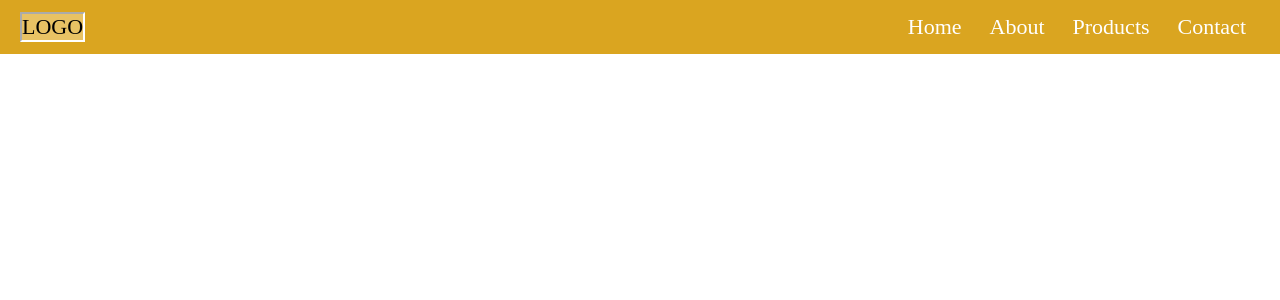
Repository: albayrakfatih/Flex-Navbar
Page: navbar-w-flexbox.html
These files come from the project's save history. The page is drawn as it stood at one moment and after the next save; the edit follows.
The browser window is 1280 px wide. The pictures show the whole page.

Above is the page before, as saved 2023-05-09 21:04:53.

### navbar-w-flexbox.html
<!DOCTYPE html>
<html lang="en">
<head>
    <meta charset="UTF-8">
    <meta http-equiv="X-UA-Compatible" content="IE=edge">
    <meta name="viewport" content="width=device-width, initial-scale=1.0">
    <link rel="stylesheet" href="styles.css">
    <link rel="stylesheet" href="https://cdnjs.cloudflare.com/ajax/libs/font-awesome/4.7.0/css/font-awesome.min.css">
    <title>Navbar With Flexbox</title>
</head>
<body>


    <nav id="navId" class="responsive">
        <a href="" class="logo">LOGO</a>
        <ul class="navigation">
            <li><a href="#">Home</a></li>
            <li><a href="#">About</a></li>
            <li><a href="#">Products</a></li>
            <li><a href="#">Contact</a></li>
            <li><a href="#" onclick="displayMenu()">
                <i class="fa fa-bars"></i>
            </a></li>

        </ul>
    </nav>


    <script>
        function displayMenu(){
            var link=document.getElementById("navId");
            link.classList.toggle("responsive");
        }
    </script>

</body>
</html>

### styles.css
*{
    padding: 0;
    margin: 0;
}

nav{
    display: flex;
    justify-content: space-between;
    background: goldenrod;
    padding: 0 20px;
}



nav a{
    align-self: center;
    text-decoration: none;
    font-size: 22px;
    color: #fff;
}

.navigation{
    list-style-type: none;
    display: flex;
}
.navigation a{
    display: block;
    padding: 14px;
    text-align: center;
}
.navigation a:hover{
    background:  #e8c264;
    border-radius: 20px;
}
.navigation li:last-child{
    display: none;
}

.logo{
    border: 2px inset #fff;
    /* padding:7px; */
    background: #e8c264;
    color: black;
}


@media (max-width:570px){
    nav{
        flex-direction: column;
        position: relative;
    }
    nav a{
        padding: 14px;
    }

    .navigation{
        flex-direction: column;
    }
    .navigation a{
        border-top: 1px solid rgba(255,255,255,0.4);
        border-bottom: 1px solid rgba(0,0,0,0.1);
    }
    .navigation li:last-child{
        display: block;
        position: absolute;
        top: 0;
        right: 10px;
    }
    .responsive .navigation li:not(:last-child){
        display:none;
    }
    nav a{
        align-self: flex-start;
    }
    .navigation li:last-child a{
        border-bottom: none;
    }



}

After the next save:
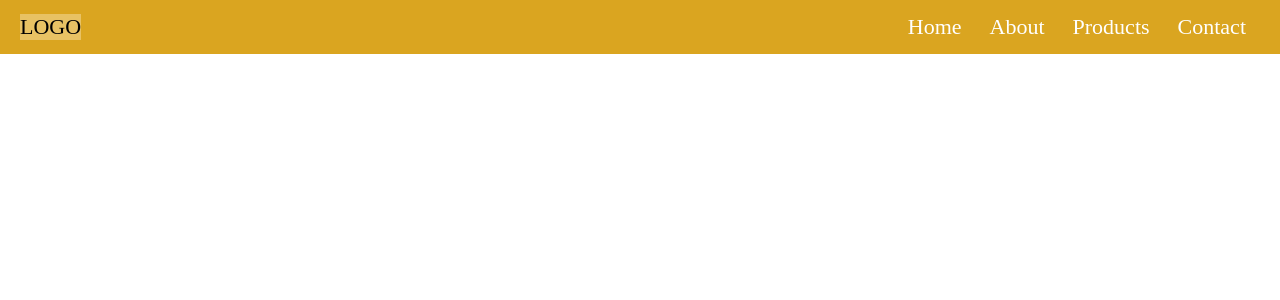
Saved 22 s later.
--- a/styles.css
+++ b/styles.css
@@ -37,7 +37,7 @@ nav a{
 }
 
 .logo{
-    border: 2px inset #fff;
+    /* border: 2px inset #fff; */
     /* padding:7px; */
     background: #e8c264;
     color: black;
